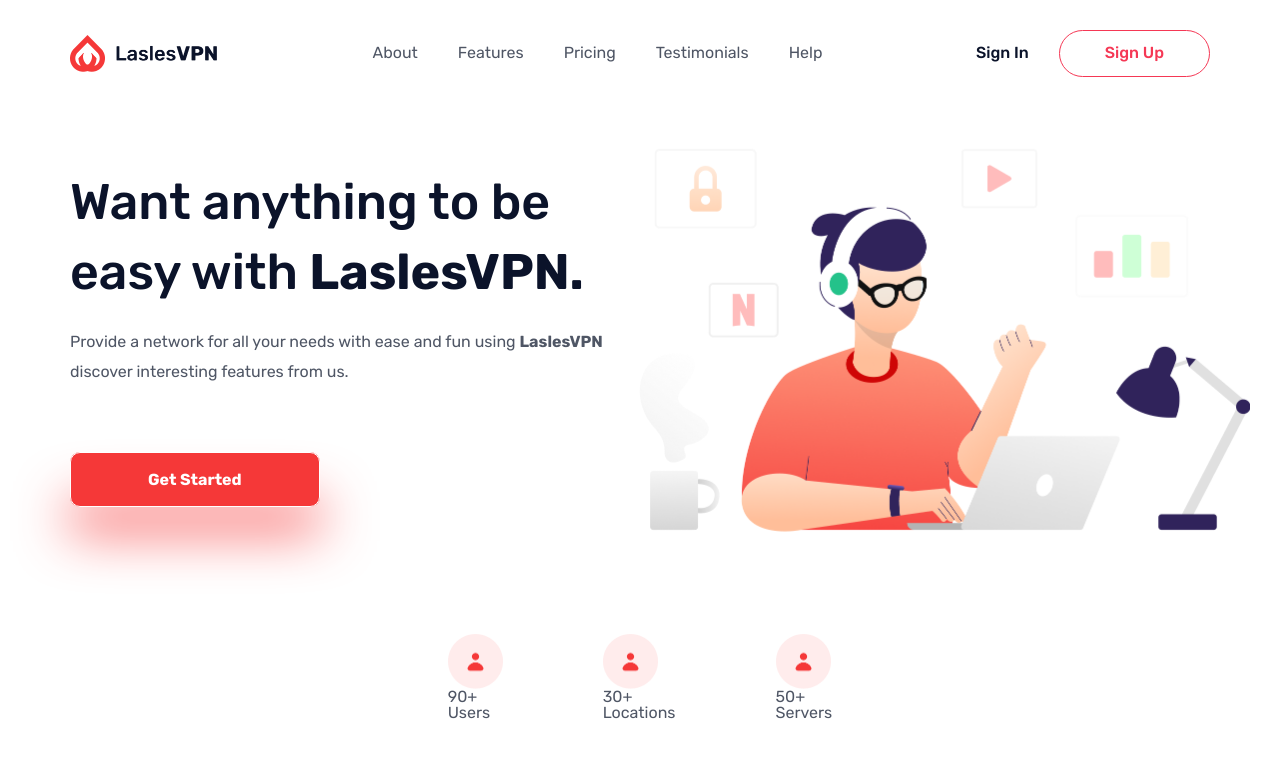
Repository: thefellowshiplotr/lasles_recode
Page: index.html
These files come from the project's save history. The page is drawn as it stood at one moment and after the next save; the edit follows.
The browser window is 1280 px wide. The pictures show the whole page.
The style sheet was rebuilt from its Sass, Less or Tailwind sources for each picture, by a compiler version that may differ from the author's.

Above is the page before, as saved 2022-10-28 14:34:53.

After the next save:
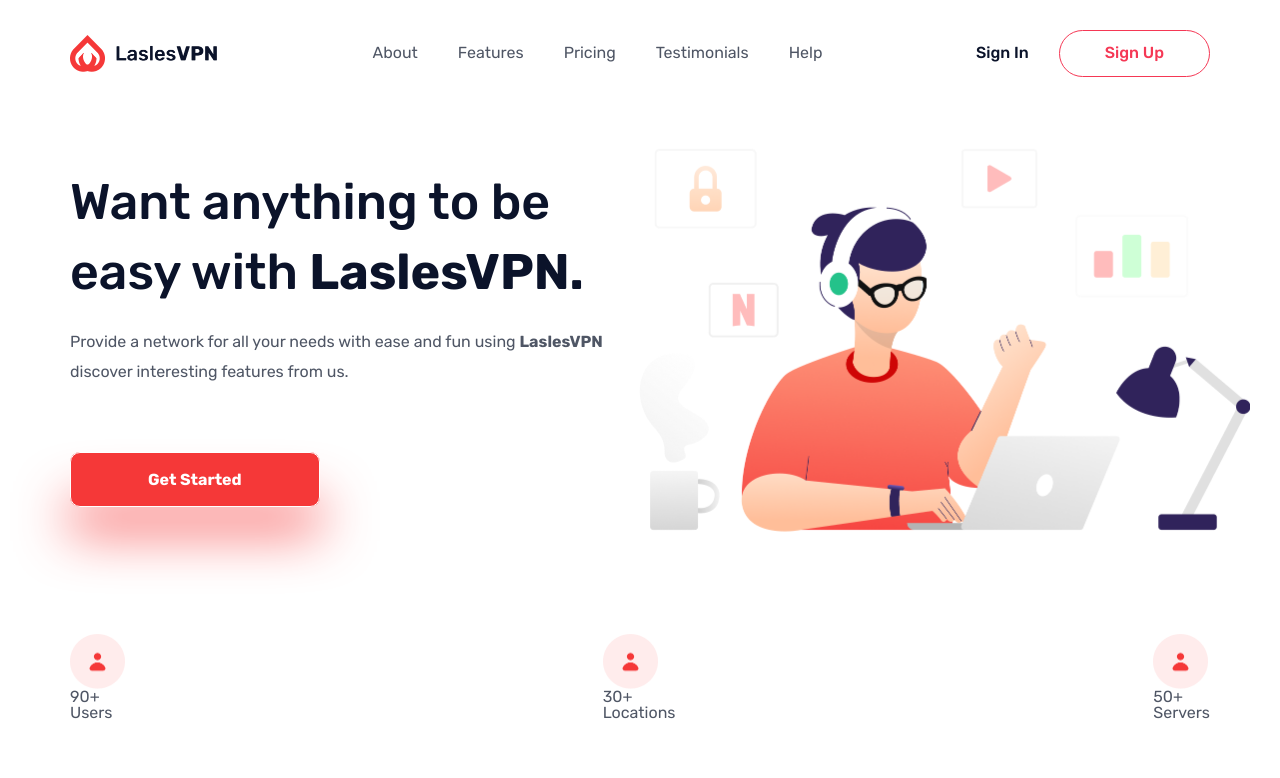
Saved 46 s later.
--- a/sass/_intro.scss
+++ b/sass/_intro.scss
@@ -3,8 +3,7 @@
   &-container {
     margin-top: 40px;
     display: flex;
-    justify-content: center;
+    justify-content: space-between;
     align-items: center;
-    gap: 0 100px;
   }
 }
